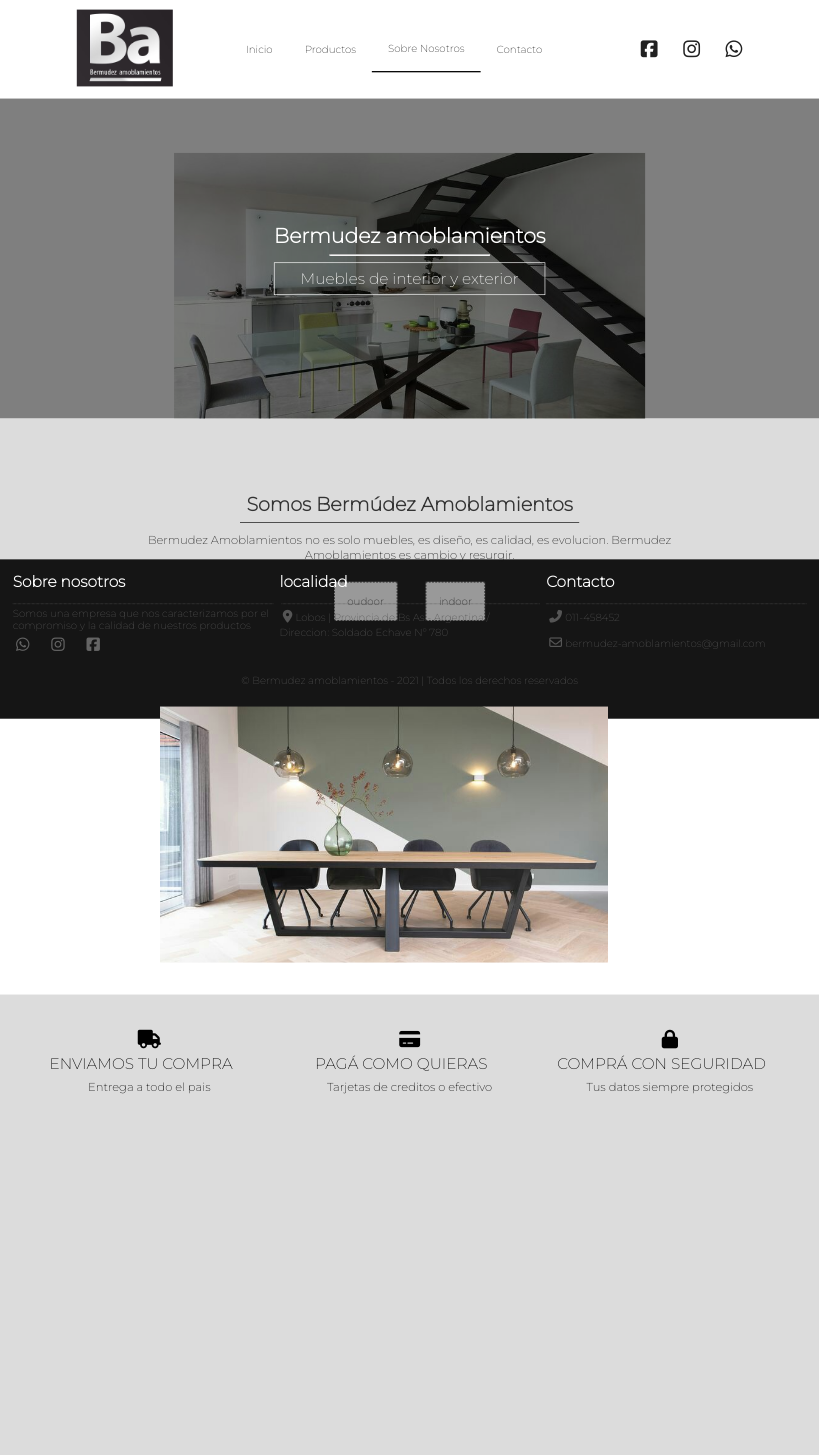
Repository: DamianBermudez94/Bermudez-amoblamientos
Page: index.html
The author's editor kept a copy of each file at every save. The page is drawn from the files as they stood at one save, then again after the next save.
The browser window is 1280 px wide. The pictures show the whole page, at 64% of full size.
Backgrounds fixed to the window are drawn as part of the page. Some web libraries are served in a nearby version.

Above is the page before, as saved 2022-09-22 19:30:53.

After the next save:
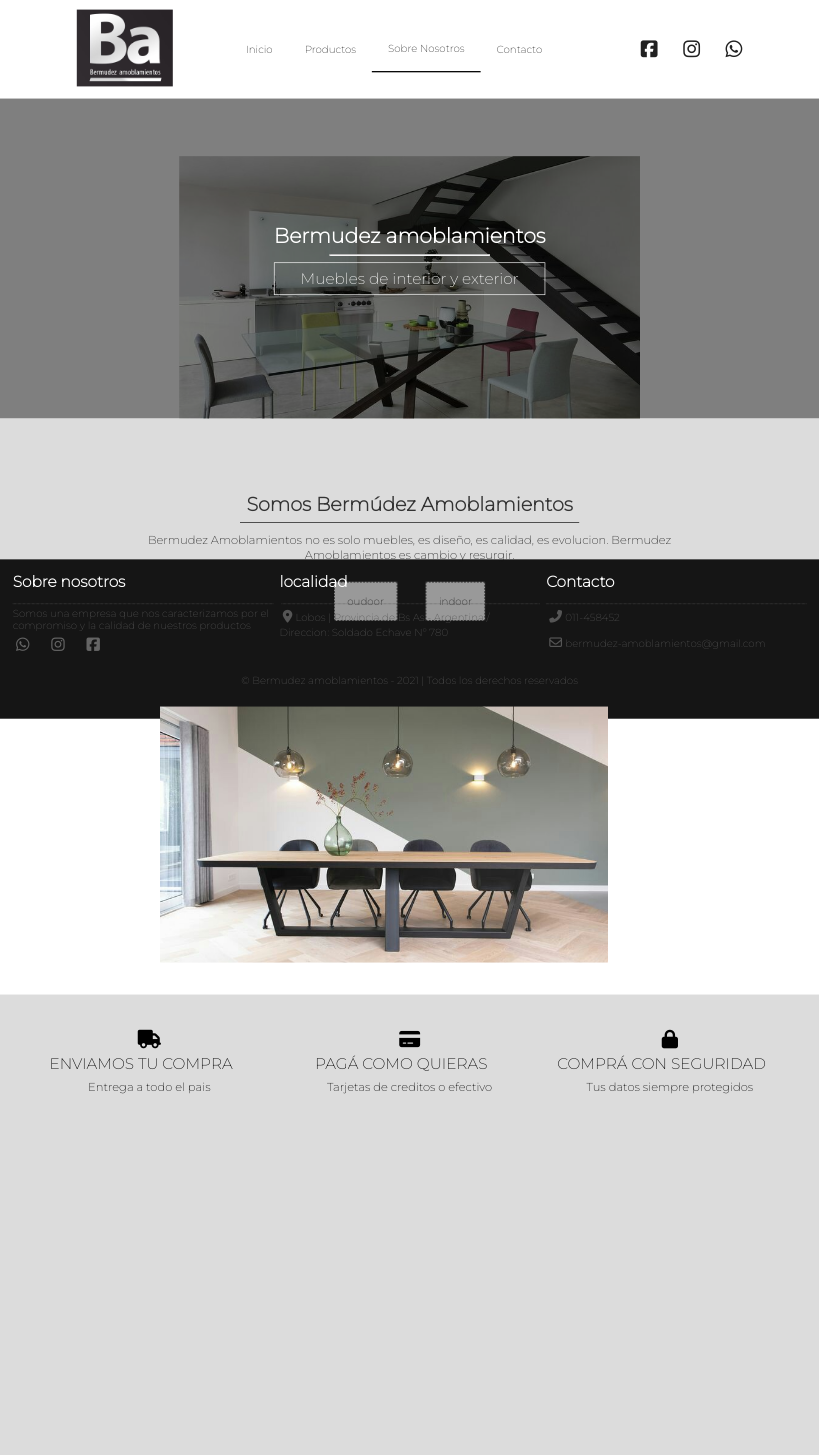
Saved 8 s later.
--- a/index.css
+++ b/index.css
@@ -40,7 +40,7 @@ main{
   background-position: center;
   background-attachment: fixed;
   background-repeat: no-repeat;
-
+  background-size: 100vh;
 
 }
 
